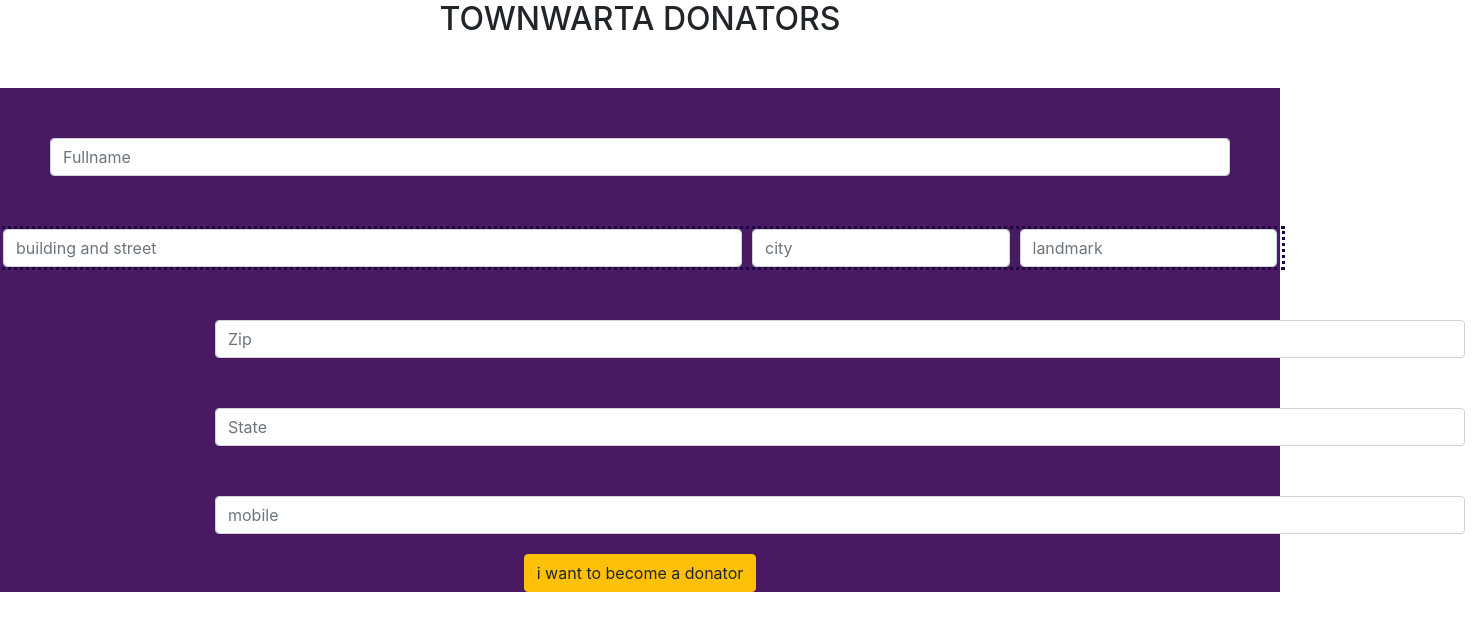
Repository: shivanand1988-28-06/townwarta
Page: http://localhost/donator/donator
The author's editor kept a copy of each file at every save. The page is drawn from the files as they stood at one save, then again after the next save.
The browser window is 1280 px wide. The page is 1480 px wide, so the pictures cover 1480 px, including what lies to the right of the window. The pictures show the whole page.
The page is served by the project's Node server (Townwarta.js). Other server files are loaded and not shown.

Above is the page before, as saved 2022-08-30 23:12:12.

### views/articles/donator.ejs

<!DOCTYPE html>
<html lang="en">
<head>
  <meta charset="UTF-8">
  <meta name="viewport" content="width=device-width, initial-scale=1.0">
  <link rel="stylesheet" href="https://maxcdn.bootstrapcdn.com/bootstrap/4.0.0/css/bootstrap.min.css" integrity="sha384-Gn5384xqQ1aoWXA+058RXPxPg6fy4IWvTNh0E263XmFcJlSAwiGgFAW/dAiS6JXm" crossorigin="anonymous">
  <meta http-equiv="X-UA-Compatible" content="ie=edge">
  <title>TOWNWARTA</title>
</head>
<body>
    <h2 style = "text-align : center ">TOWNWARTA DONATORS</h2>
    <form style = "background-color: rgba(57, 6, 83, 0.918);" >
        <div class="col" style = "margin-top: 50px ; padding:50px ">
            <input type="text" name = "name" id = "name"class="form-control" placeholder="Fullname">
          </div>
        <div class="form-row" style = "border: 3px rgb(28, 6, 66) dotted;">

          <div class="col-7">
            <input type="text"name = "street" class="form-control" placeholder="building and street">
          </div>
          <div class="col">
            <input type="text" name = "city" class="form-control" placeholder="city">
          </div>
          <div class="col">
            <input type="text" name = "landmark"class="form-control" placeholder="landmark">
          </div>

        </div>
        <div class="col" style = "margin : 50px 200px ; ">
            <input type="number" name = "zip" class="form-control" placeholder="Zip">
          </div>

        <div class="col" style = "margin : 50px 200px">
            <input type="text" name = "state" class="form-control" placeholder="State">
          </div>
          <div class="col" style = "margin : 10px 200px ">
            <input type="number" name = "mobile" class="form-control" placeholder="mobile">
          </div>
        <div style = "text-align: center; margin-top: 20px;">
            <button type="submit" class="btn btn-warning">i want to become a donator</button>
        </div>
      </form>
</body>

### Townwarta.js

require("dotenv").config();
const express = require("express");
const mongoose = require("mongoose");
const articleRouter = require("./routes/articles");
const userRouter = require("./routes/user");
const connectDB = require("./db/connect");
const app = express();
const Article= require("./models/article");
const methodOverride = require("method-override")
const port = process.env.PORT || 3000
const path = require("path");
const donatorRouter = require("./routes/donator")

app.set("views" , path.join(__dirname , "views"))
app.set("view engine", "ejs");
// app.use(express.json());
 app.use(express.urlencoded({extended:false}));
app.use(express.static(path.join(__dirname, "public")));
app.use(methodOverride("_method"));

  app.get("/", async (req,res)=>{
    const articles = await Article.find();
    res.render("articles/index" , {articles:articles});
  });

  app.use("/" , userRouter);

app.use("/articles" , articleRouter );

app.use("/donator" , donatorRouter)
console.log(Article)


const start = async () =>{

try{

    await connectDB( process.env.MONGO_URI );
    app.listen(port,()=>{ console.log(`app is running over port ${port}`)});

}catch(error) {

    console.log(error);

}

}

start();

### routes/donator.js
const express = require("express");
const donatorRouter = express.Router();
const Donator = require("../models/donator");



donatorRouter.post("/donator", async(req,res) => {
    let {name , createdAt , address} = req.body ;
    let donator = await Donator.create({name : name , createdAt : createdAt , address : address});

} );

donatorRouter.get("/donator" , (req,res)=>{
    res.render("articles/donator");
})

module.exports = donatorRouter

After the next save:
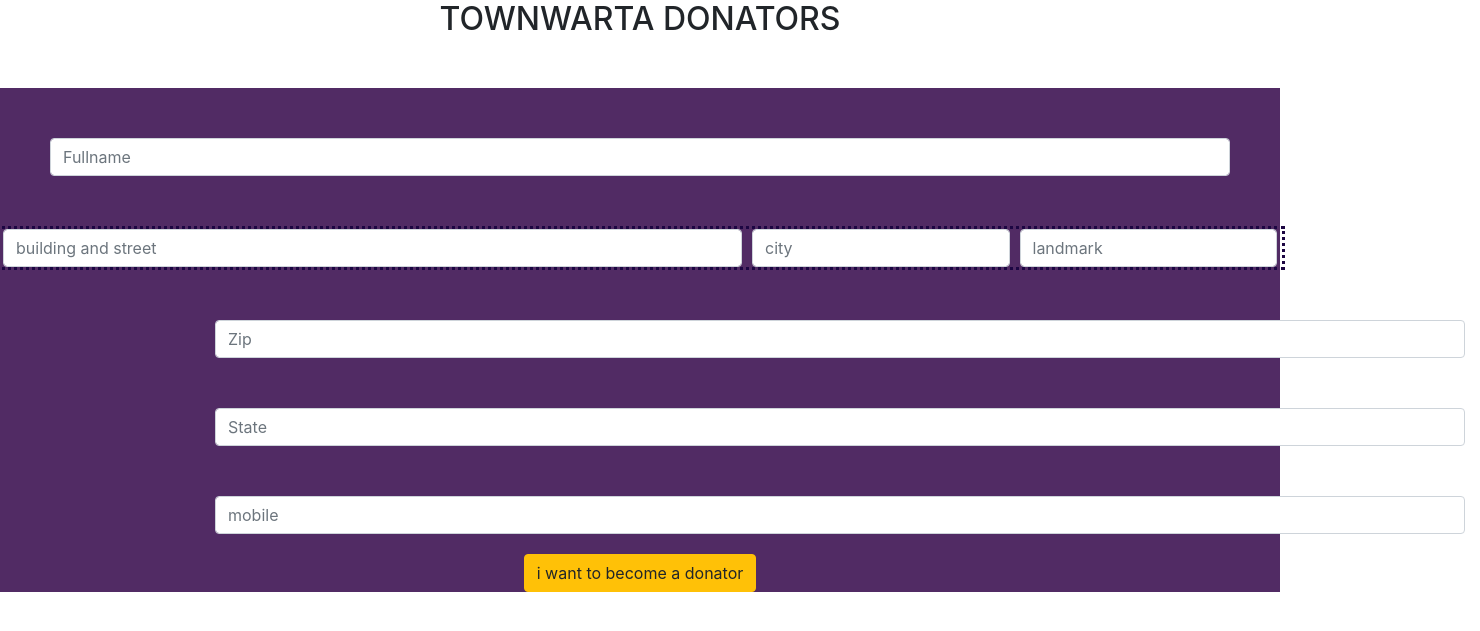
Saved 13 s later.
--- a/views/articles/donator.ejs
+++ b/views/articles/donator.ejs
@@ -10,7 +10,7 @@
 </head>
 <body>
     <h2 style = "text-align : center ">TOWNWARTA DONATORS</h2>
-    <form style = "background-color: rgba(57, 6, 83, 0.918);" >
+    <form style = "background-color: rgba(66, 24, 87, 0.918);" >
         <div class="col" style = "margin-top: 50px ; padding:50px ">
             <input type="text" name = "name" id = "name"class="form-control" placeholder="Fullname">
           </div>
